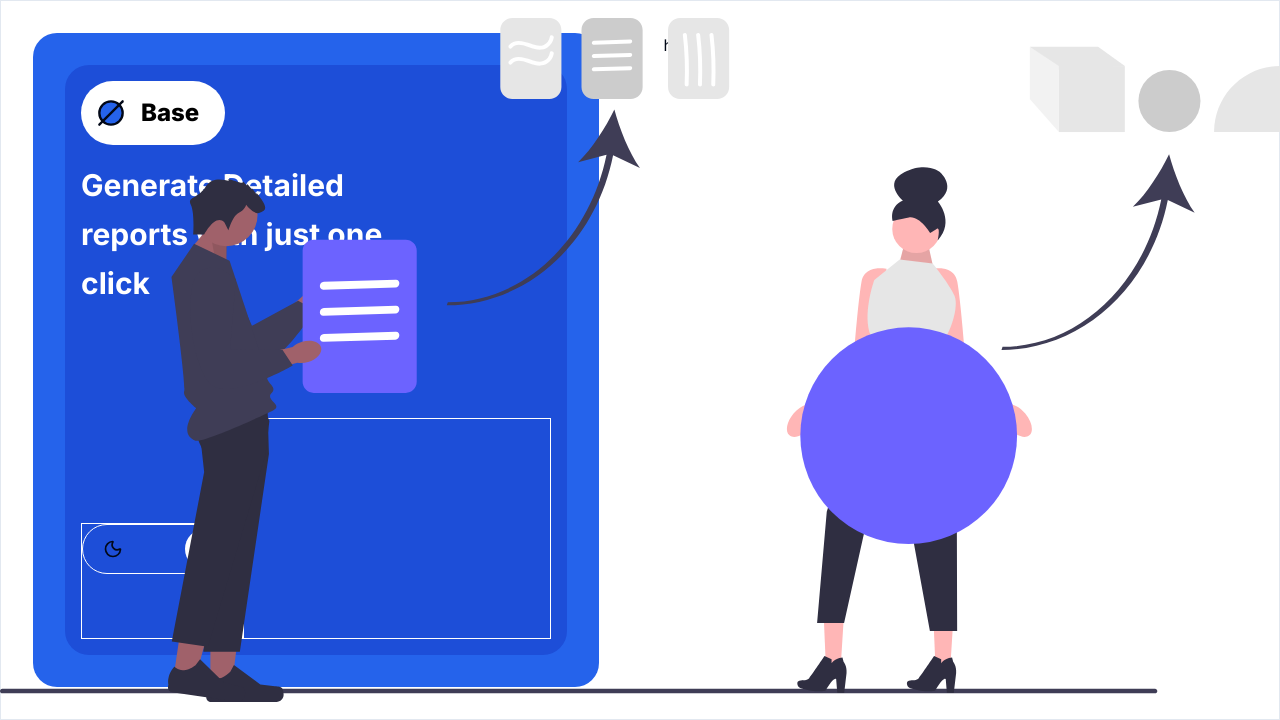
Repository: Hardyy00/openinapp_assignment
Page: /
These files come from the project's save history. The page is drawn as it stood at one moment and after the next save; the edit follows.
The browser window is 1280 px wide. The pictures show the whole page.
The project was rebuilt for these pictures with package versions that can differ from the ones it lists, and the page was loaded fresh each time. The framework's server and built-in components were replaced by stand-ins that run in the browser. Also part of the build but not shown: next.config.mjs.

Above is the page before, as saved 2024-08-23 15:36:57.

After the next save:
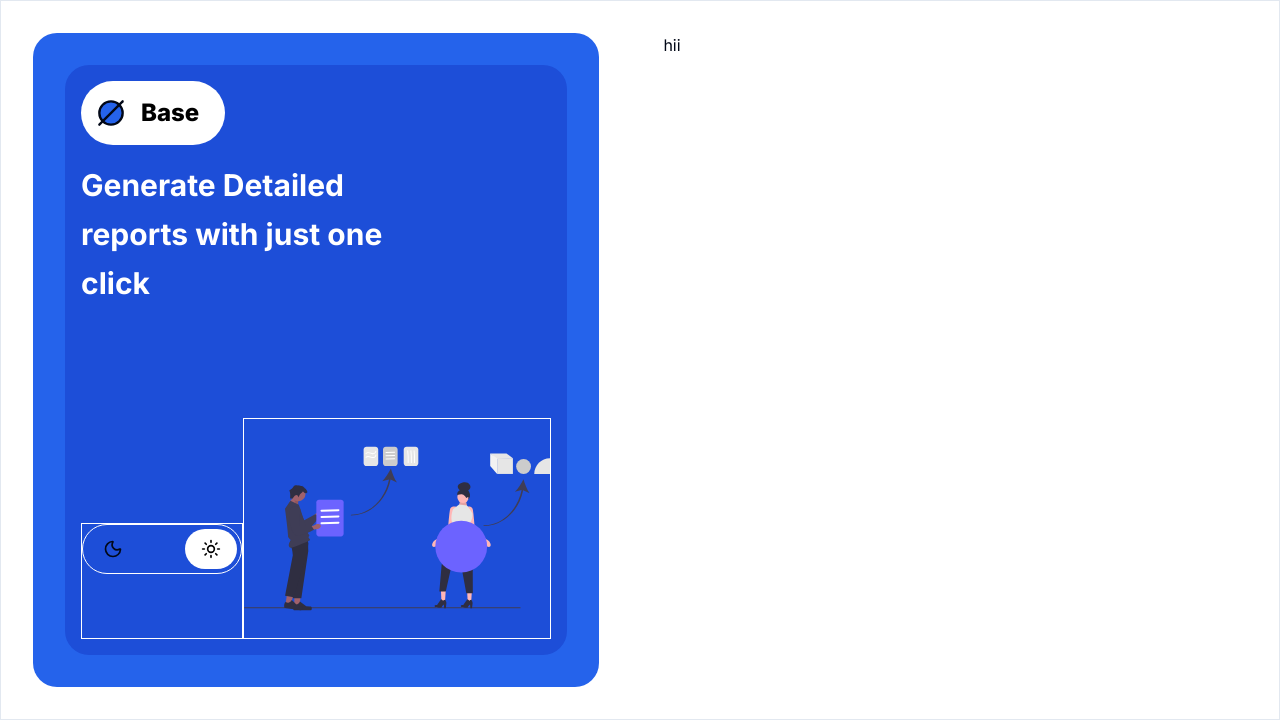
Saved 11 s later.
--- a/app/(auth)/layout.tsx
+++ b/app/(auth)/layout.tsx
@@ -23,7 +23,7 @@ export default function Layout({ children }: { children: React.ReactNode }) {
               <div className="flex-[0.3] self-end pb-16 border border-white">
                 <ThemeToggle />
               </div>
-              <div className="flex-1 h-[70%] self-end border border-white">
+              <div className="flex-1 h-[70%] self-end border border-white relative">
                 {/* <div className="h-[70%]"> */}
                 {/* <div className=" relative h-[70%] "> */}
                 <Image src={"/auth.svg"} fill alt="svg" />
